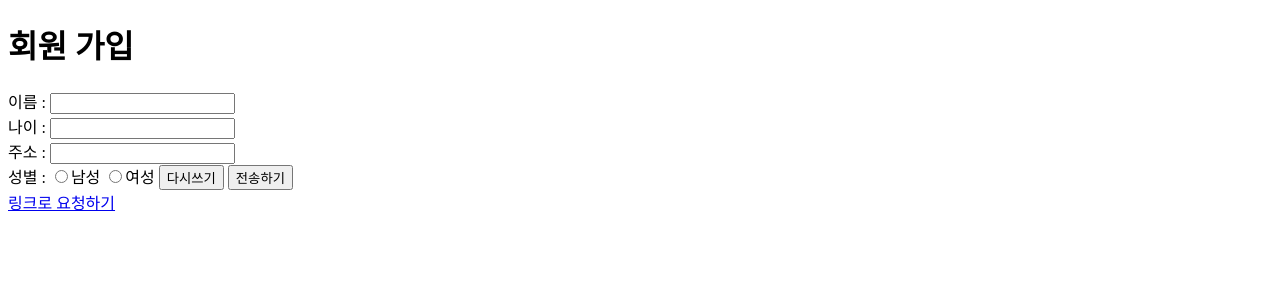
Repository: lopanghub/git_study
Page: http://localhost/JSPStudyCh04Exam/postRequestServletForm.jsp
An editor plug-in stored every save of this project. The page is shown before and after the next save, followed by the edit.
The browser window is 1280 px wide. The pictures show the whole page.
The page is served by Tomcat 9. Other server files are loaded and not shown.

Above is the page before, as saved 2024-04-05 04:29:40.

### JSPStudy/JSPStudyCh04Exam/src/main/webapp/postRequestServletForm.jsp
<%@ page language="java" contentType="text/html; charset=UTF-8"
    pageEncoding="UTF-8"%>
<!DOCTYPE html>
<html>
<head>
<meta charset="UTF-8">
<title>Post 방식 요청처리</title>
</head>
<body>
	<h1>회원 가입</h1>
	<form name="f1" action="postRequest" method="post">
		이름 : <input type="text" name="name" /><br>
		나이 : <input type="text" name="age" /><br>
		주소 : <input type="text" name="addr" /><br>
		성별 : <input type="radio" name="gender" value="male"/>남성
		<input type="radio" name="gender" value="female"/>여성

		<input type="reset" value="다시쓰기"/>
		<input type="submit" value="전송하기"/>
	</form>

	<a href="postRequest?name=홍길동&address=서울 관악구 봉천동">링크로 요청하기</a>
</body>
</html>

After the next save:
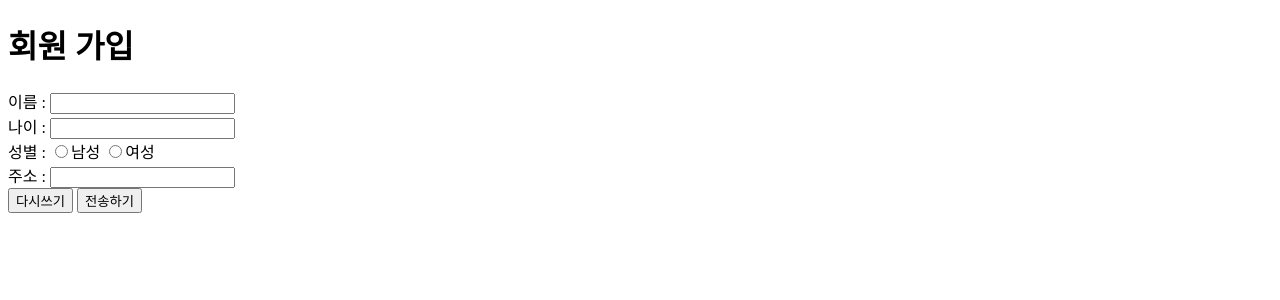
Saved 32 s later.
--- a/JSPStudy/JSPStudyCh04Exam/src/main/webapp/postRequestServletForm.jsp
+++ b/JSPStudy/JSPStudyCh04Exam/src/main/webapp/postRequestServletForm.jsp
@@ -11,14 +11,13 @@
 	<form name="f1" action="postRequest" method="post">
 		이름 : <input type="text" name="name" /><br>
 		나이 : <input type="text" name="age" /><br>
+		성별 : <input type="radio" name="gender" value="male"/>남성
+		<input type="radio" name="gender" value="female"/>여성 <br>
 		주소 : <input type="text" name="addr" /><br>
-		성별 : <input type="radio" name="gender" value="male"/>남성
-		<input type="radio" name="gender" value="female"/>여성
-
 		<input type="reset" value="다시쓰기"/>
 		<input type="submit" value="전송하기"/>
 	</form>
 
-	<a href="postRequest?name=홍길동&address=서울 관악구 봉천동">링크로 요청하기</a>
+
 </body>
 </html>
